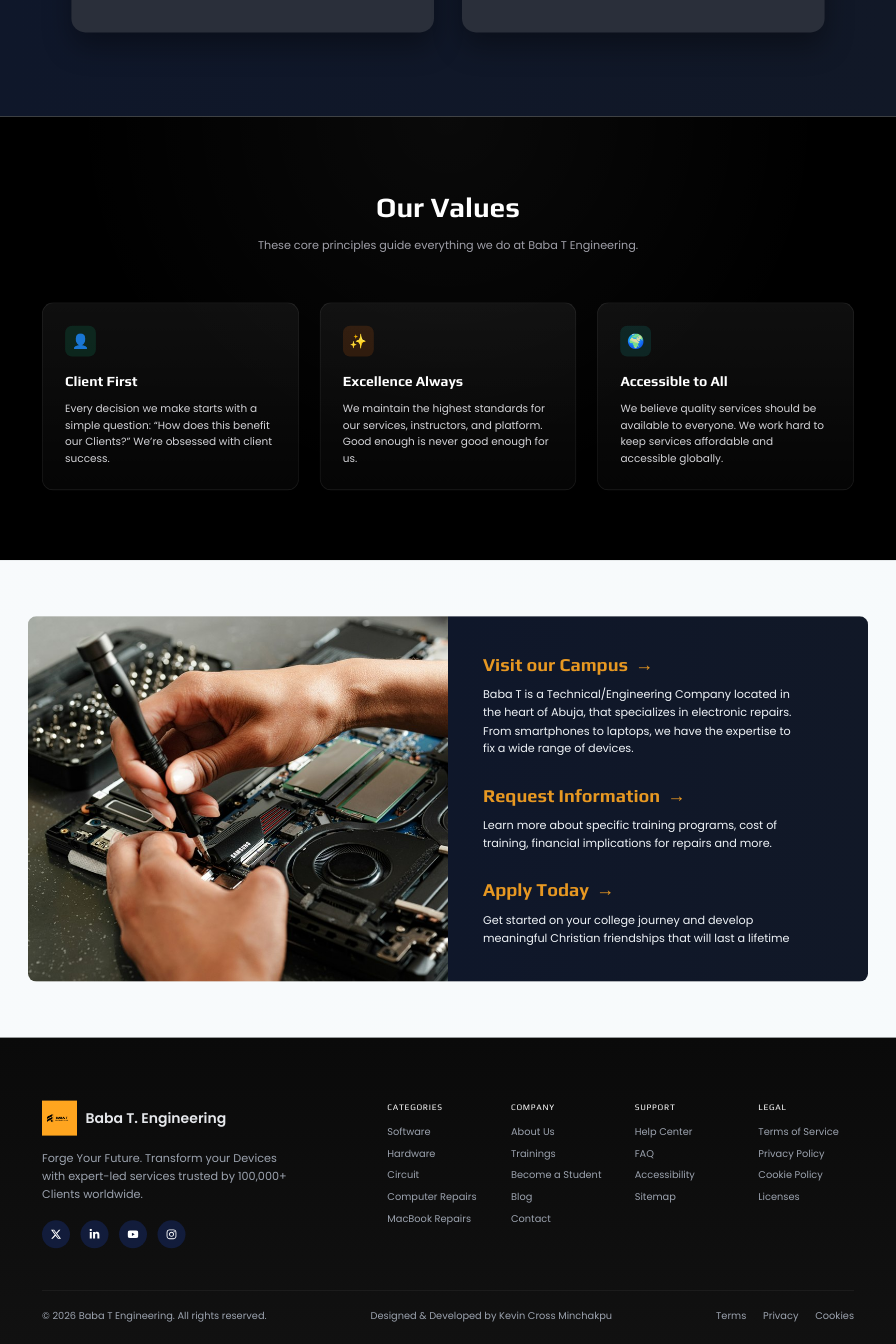
Repository: KC-Minchakpu/babatunde
Page: /about
The author's editor kept a copy of each file at every save. The page is drawn from the files as they stood at one save, then again after the next save.
The browser window is 1280 px wide. The pictures show the part of the page from y = 1656 to 3576 px (the page is 3576 px tall), at 70% of full size.
The project was rebuilt for these pictures with package versions that can differ from the ones it lists, and the page was loaded fresh each time. The framework's server and built-in components were replaced by stand-ins that run in the browser. Also part of the build but not shown: next.config.ts.

Above is the page before, as saved 2026-02-21 11:11:10.

After the next save:
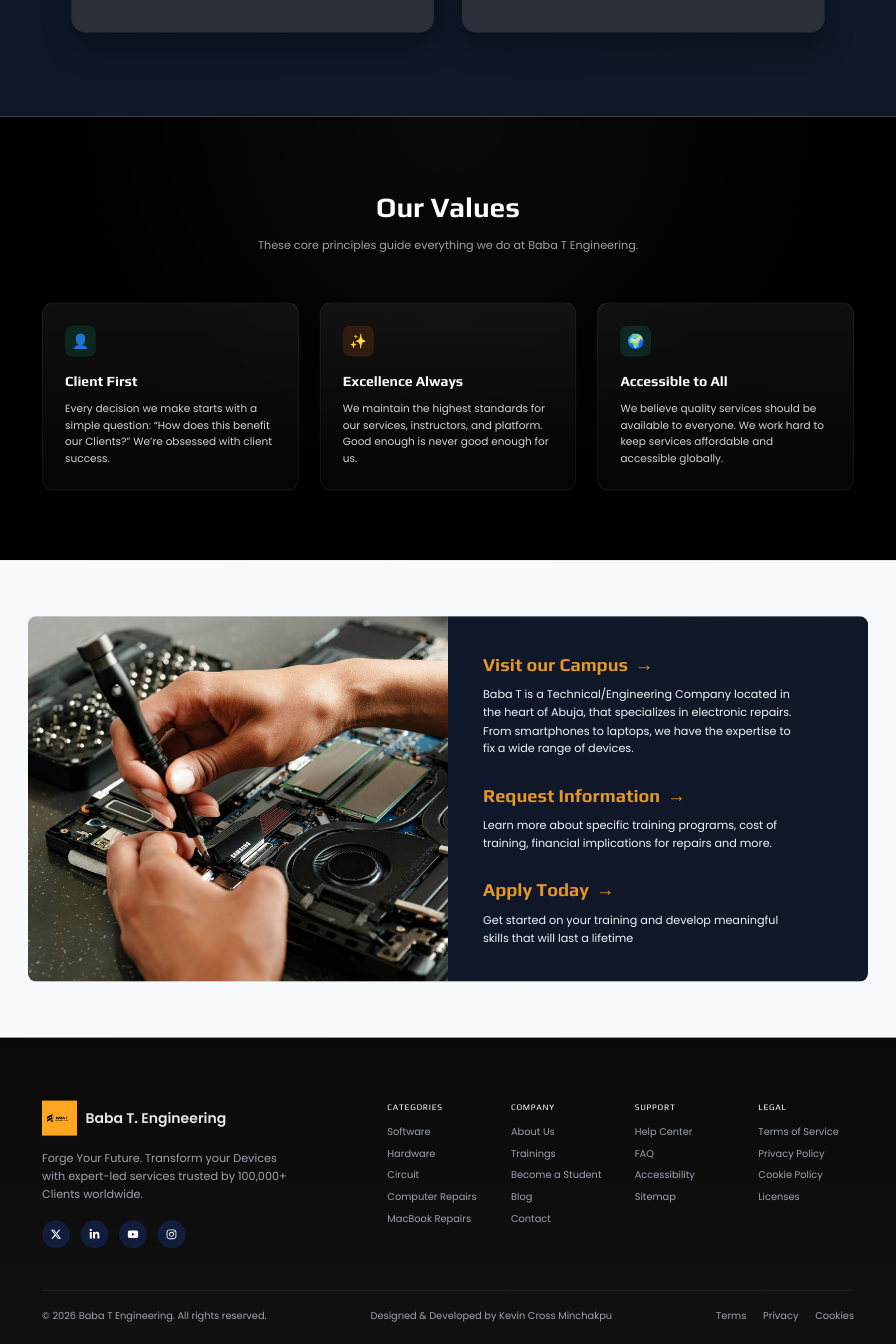
Saved 56 s later.
--- a/src/components/About/CallToAction.tsx
+++ b/src/components/About/CallToAction.tsx
@@ -55,8 +55,8 @@ export default function CallToAction() {
             </h3>
 
             <p>
-              Get started on your college journey and develop meaningful
-              Christian friendships that will last a lifetime
+              Get started on your training and develop meaningful
+              skills that will last a lifetime
             </p>
           </div>
 
